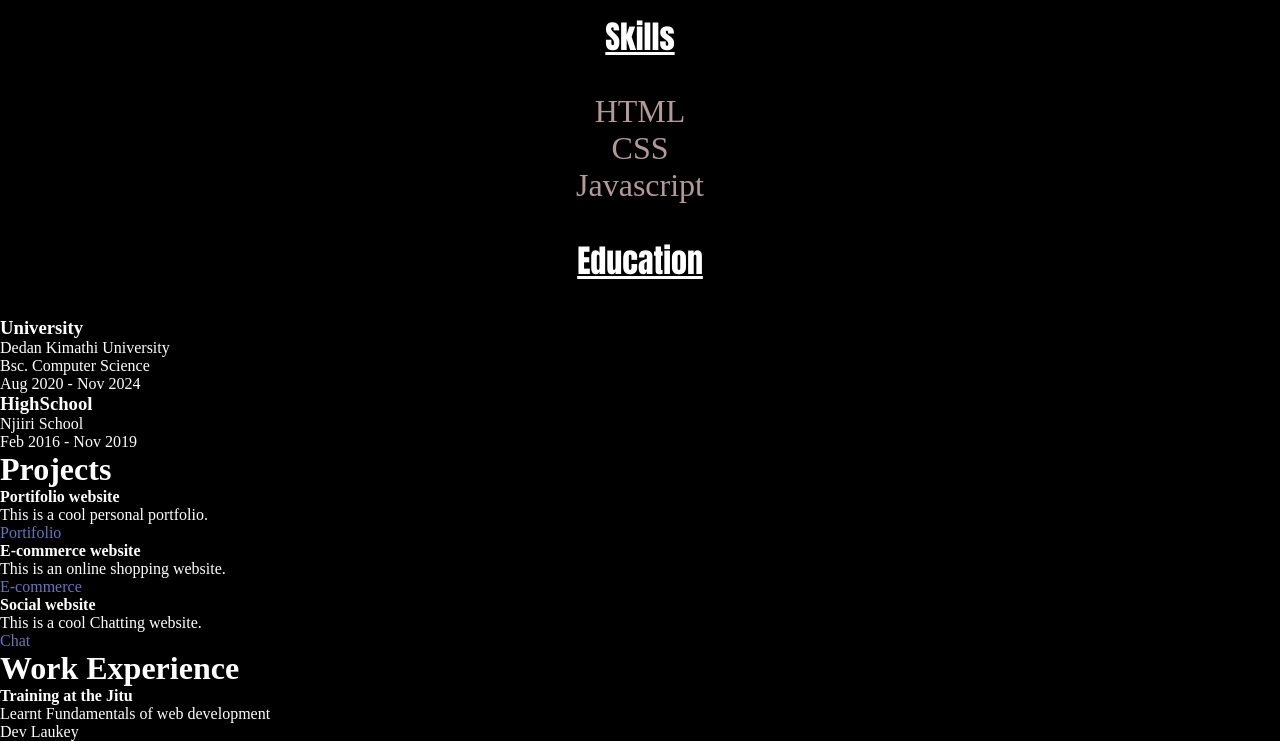
Repository: LaukeyMwaura/Jitu-Day-2
Page: index.html
An editor plug-in stored every save of this project. The page is shown before and after the next save, followed by the edit.
The browser window is 1280 px wide. The pictures show the part of the page from y = 640 to 1540 px (the page is 1381 px tall before and 1540 px after).
A picture or video elsewhere on the page could not be fetched, so the positions and the page height are approximate.

Above is the page before, as saved 2022-05-12 00:33:02.

After the next save:
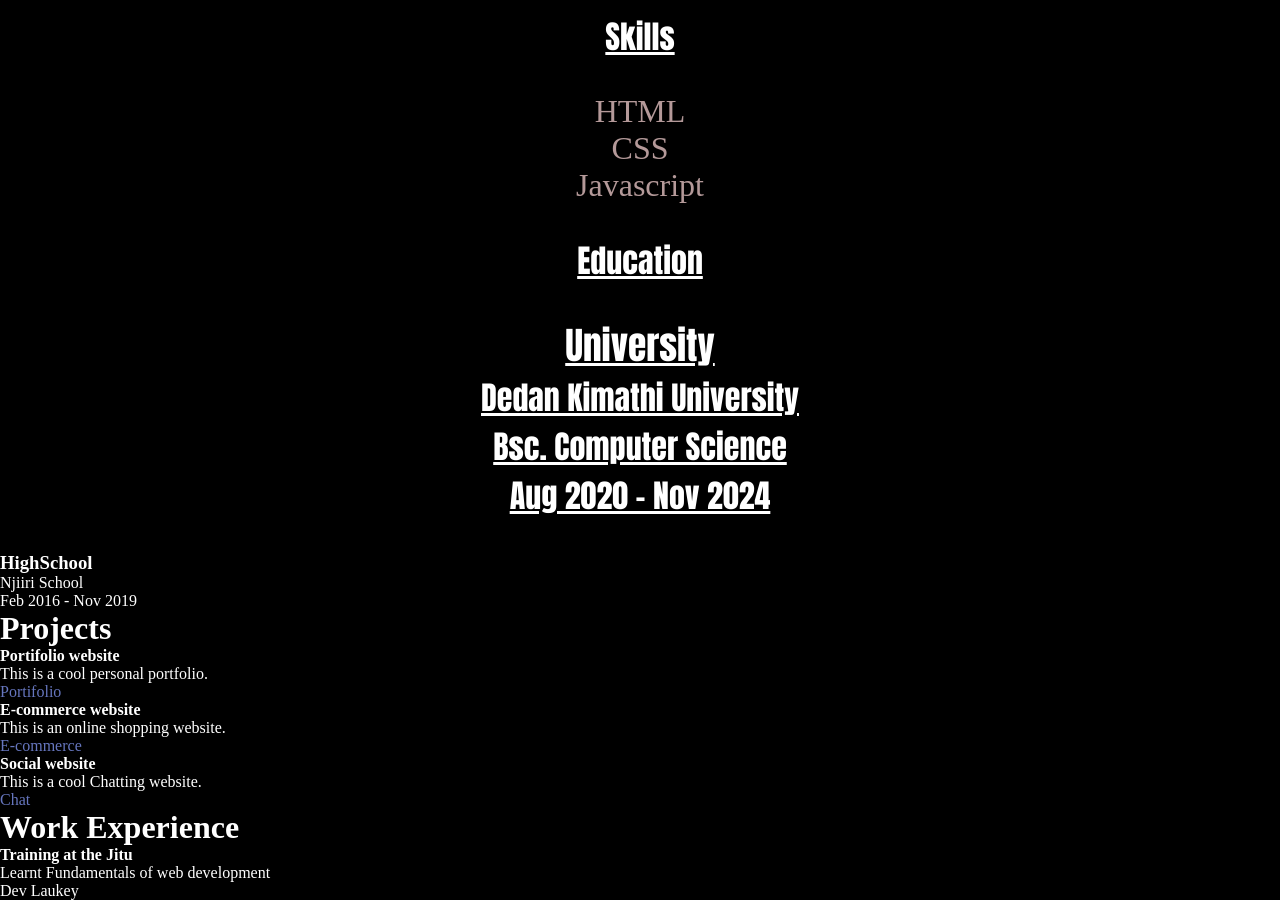
Saved 8 s later.
--- a/index.html
+++ b/index.html
@@ -58,7 +58,7 @@
 
     <div class="education" id="education">
       <h1 class="heading">Education</h1>
-      <div class="">
+      <div class="heading">
         <h3>University</h3>
         <p>Dedan Kimathi University</p>
         <p>Bsc. Computer Science</p>
